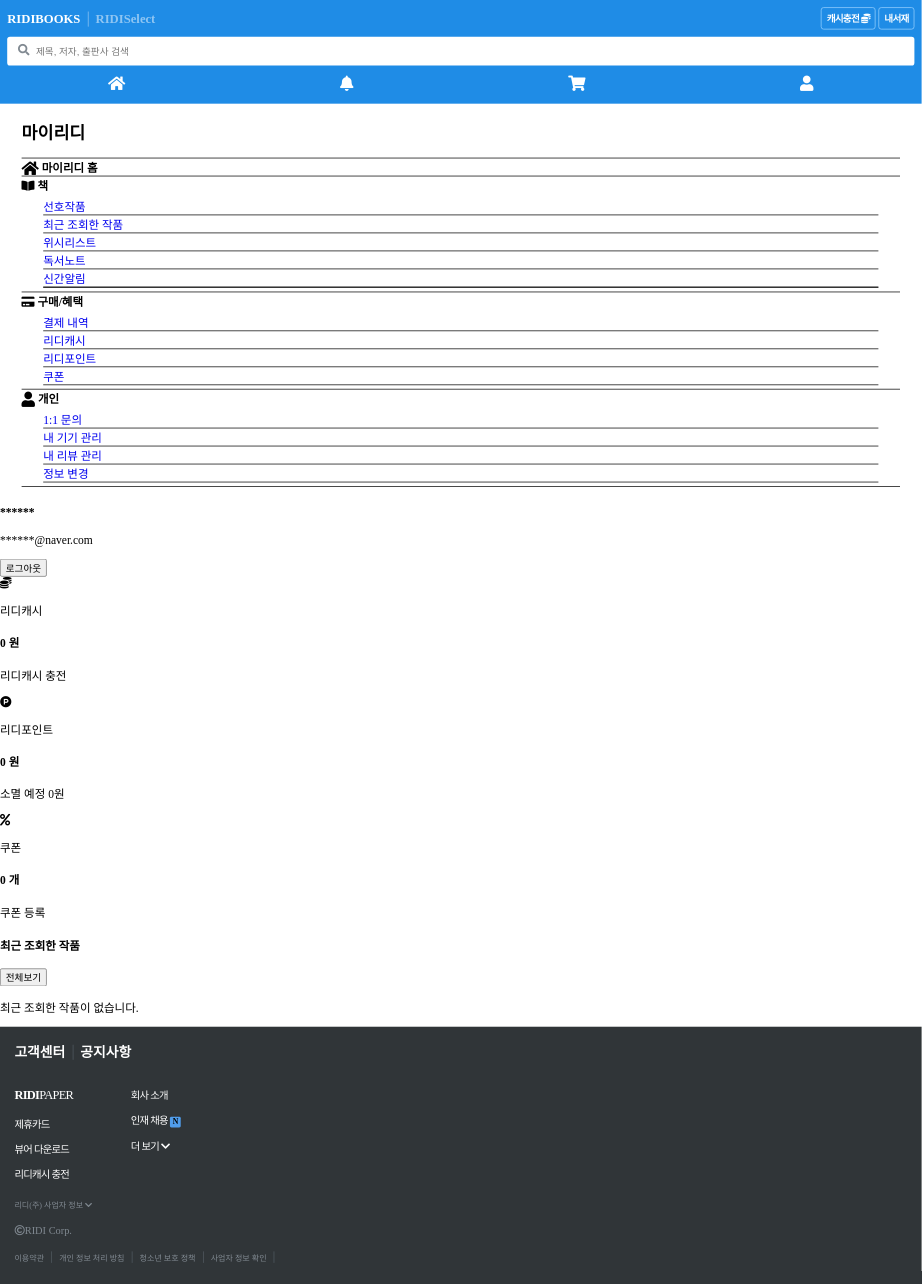
Repository: mega-teamproject/teamproject1
Page: html/myridi.html
An editor plug-in stored every save of this project. The page is shown before and after the next save, followed by the edit.
The browser window is 1280 px wide. The pictures show the whole page, at 72% of full size.

Above is the page before, as saved 2022-01-05 01:30:35.

### html/myridi.html
<!DOCTYPE html>
<html lang="ko">
  <head>
    <meta charset="UTF-8" />
    <meta http-equiv="X-UA-Compatible" content="IE=edge" />
    <meta name="viewport" content="width=device-width, initial-scale=1.0" />
    <title>마이리디</title>
    <link rel="stylesheet" href="../css/myridi.css" />
    <link
      rel="stylesheet"
      href="https://use.fontawesome.com/releases/v5.15.4/css/all.css"
      integrity="sha384-DyZ88mC6Up2uqS4h/KRgHuoeGwBcD4Ng9SiP4dIRy0EXTlnuz47vAwmeGwVChigm"
      crossorigin="anonymous"
    />
  </head>
  <body>
    <div class="container">
        <div class="header">
          <header>
            <div class="search">
              <a href="index.html"><h1>RIDIBOOKS</h1></a>
              <a href="https://select.ridibooks.com/home"><h1 id="opacity">RIDISelect</h1></a>
            </div>
            <div class="joinLogin">
              <button class="borderBtn btn" onclick="location.href='join1.html'">
                캐시충전
                <i class="fas fa-coins"></i>
              </button>
              <button class="borderBtn btn" onclick="location.href='login.html'">
                내서재
              </button>
            </div>
          </header>
          <div class="relative">
            <input type="text" placeholder="제목, 저자, 출판사 검색" />
            <span><i class="fas fa-search"></i> </span>
          </div>
          <nav>
            <ul>
              <li>
                <a href="index.html"><i class="fas fa-home fa-lg"></i></a>
              </li>
              <li>
                <a href="alarm.html"><i class="fas fa-bell fa-lg"></i></a>
              </li>
              <li>
                <a href="cart.html"><i class="fas fa-shopping-cart fa-lg"></i></a>
              </li>
              <li>
                <a href="myridi.html"><i class="fas fa-user fa-lg"></i></a>
              </li>
            </ul>
          </nav>
        </div>
        <div class="body">
          <div class="sidebar">
            <nav>

              <ul class="nav-title">
                <li><h2>마이리디</h2></li>
                <li>
                  <h4><i class="fas fa-home fa-lg"></i> 마이리디 홈</h4>
                </li>
                <li>
                  <h4><i class="fas fa-book-open"></i> 책</h4>
                  <ul class="nav-list">
                    <li><a href="#"> 선호작품</a></li>
                    <li><a href="#"> 최근 조회한 작품</a></li>
                    <li><a href="#"> 위시리스트</a></li>
                    <li><a href="#"> 독서노트</a></li>
                    <li><a href="#"> 신간알림</a></li>
                    <li></li>
                  </ul>
                </li>
                <li>
                  <h4><i class="fas fa-credit-card"></i> 구매/혜택</h4>
                  <ul class="nav-list">
                    <li><a href="#">결제 내역</a></li>
                    <li><a href="#">리디캐시</a></li>
                    <li><a href="#">리디포인트</a></li>
                    <li><a href="#">쿠폰</a></li>
                  </ul>
                </li>
                <li>
                  <h4><i class="fas fa-user fa-lg"></i> 개인</h4>
                  <ul class="nav-list">
                    <li><a href="#">1:1 문의</a></li>
                    <li><a href="#">내 기기 관리</a></li>
                    <li><a href="#">내 리뷰 관리</a></li>
                    <li><a href="#">정보 변경</a></li>
                  </ul>
                </li>
              </ul>
            </nav>
          </div>
          <div class="section">
            <section>
              <div class="my-ridi">
                <ul>
                  <li>
                    <h4>******</h4>
                    <p>******@naver.com</p>
                    <button>로그아웃</button>
                  </li>
                  <li>
                    <i class="fas fa-coins"></i>
                    <p>리디캐시</p>
                    <h4>0 <span> 원</span></h4>
                    <p>리디캐시 충전 </p>
                  </li>
                  <li>
                    <i class="fab fa-product-hunt"></i>
                    <p>리디포인트</p>
                    <h4>0 <span> 원</span></h4>
                    <p>소멸 예정 0원</p>
                  </li>
                  <li>
                    <i class="fas fa-percent"></i>
                    <p>쿠폰</p>
                    <h4>0 <span> 개</span></h4>
                    <p>쿠폰 등록 </p>
                  </li>
                </ul>
              </div>
                <div class="visited">
                  <div class="visited-header">
                    <h4>최근 조회한 작품</h4>
                    <button type="button">전체보기</button>
                  </div>
                  <div class="visited-contents">
                    <p>최근 조회한 작품이 없습니다.</p>
                  </div>
                </div>
            </section>
          </div>
        </div>

        <div class="footer">
            <footer>
              <div class="footer-menu1">
                <a href=""><span class="borderR">고객센터</span></a>
                <a href=""><span>공지사항</span></a>
              </div>
              <div class="footer-menu2">
                <div class="footer-wrapper1">
                  <a href="https://paper.ridibooks.com/"><p class="bigFont"><strong>RIDI</strong>PAPER</p></a>
                  <a href="#"><p>제휴카드</p></a>
                  <a href="#"><p>뷰어 다운로드</p></a>
                  <a href="https://ridibooks.com/order/checkout/cash"><p>리디캐시 충전</p></a>
                </div>
                <div class="footer-wrapper2">
                  <a href="https://www.ridicorp.com/"><p>회사 소개</p></a>
                  <a href="https://www.ridicorp.com/career/"><p>인재 채용 <span class="blue-bg">N</span></p></a>
                  <a href="#"><p>더 보기 <i class="fas fa-chevron-down"></i></p></a>
                  <a href="https://help.ridibooks.com/hc/ko/articles/360046896553"><p class="invisible">콘텐츠 제공문의</p></a>
                  <a href="https://cp.ridibooks.com/cp/login"><p class="invisible">CP 사이트</p></a>
                  <a href="mailto:biz@ridi.com"><p class="invisible">사업 제휴 문의</p></a>
                  <a href="https://help.ridibooks.com/hc/ko/articles/360058140713-RIDI-Biz-%ED%98%91%EC%97%85-%EB%AC%B8%EC%9D%98"><p class="invisible">리디셀렉트 B2B</p></a>
                </div>
              </div>
              <div class="footer-info fontColor">
                <a href="#"><p>리디(주) 사업자 정보 <i class="fas fa-chevron-down"></i></p></a>
                <p class="invisible">대표자 배기식 | 사업자 등록번호 120-87-27435</p>
                <p class="invisible">통신판매업 신고번호 제 2009-서울강남 35-02139호</p>
                <p class="invisible">이메일 help@ridi.com | 대표전화 1644-0331</p>
                <p class="invisible">주소 서울시 강남구 역삼동 702-28 어반벤치빌딩 10층(테헤란로 325)</p>
              </div>
              <div class="fontColor copyright"><i class="far fa-copyright"></i>RIDI Corp.</div>
              <div class="footer-terms fontColor">
                <a href="https://policy.ridi.com/legal/terms/"><p class="paddingL">이용약관</p></a>
                <a href="https://policy.ridi.com/legal/privacy/"><p>개인 정보 처리 방침</p></a>
                <a href="https://policy.ridi.com/legal/youth/"><p>청소년 보호 정책</p></a>
                <a href="https://ftc.go.kr/www/bizCommList.do?key=232"><p>사업자 정보 확인</p></a>
              </div>
            </footer>
          </div>
  </body>
</html>

### css/myridi.css
* {
  box-sizing: border-box;
  /* 마이리디홈 활성화 color #1f8ce6 */
  /* 책 color #40474d / rgb(102, 102, 102) */
  /* 선호작품 color #636c73 / #808991 */
  /* border-bottom 2px solid #f2f2f2 */
  /* logoutbtn:hover border #b3c2d1 / background #dfeef8 */
  /* logoutbtn border 2px solid #d6deeb / color #636c73 */
  /* 아이디 메일 로그아웃버튼 배경 #ebf6ff */
  /* 리디캐시 title color #000 */
  /* 0원 color #1f8ce6 */
  /* 리디캐시충전 color #636c73 */
  /* >> color #0077d9 */
  /* 밑에 0원 color #212529 */
  /* 최근조회작품 밑에 border 4px solid #f2f4f5 */
  /* 최근조회작품 color #636c73 */
}

body {
  margin: 0;
}

a {
  text-decoration: none;
}

ul {
  list-style: none;
  padding: 0;
}

.header {
  background-color: #1f8ce6;
}

header {
  display: flex;
  justify-content: space-between;
  align-items: center;
}

.search {
  display: flex;
  margin-left: 10px;
}

.search h1 {
  color: white;
  font-size: 1.1em;
  margin-right: 10px;
  margin-bottom: 0;
}

.search h1#opacity {
  opacity: 0.5;
  border-left: 1px solid;
  padding-left: 10px;
}

.joinLogin {
  margin-right: 10px;
  margin-top: 10px;
}

.joinLogin button.btn {
  border-radius: 4px;
  padding: 5px 7px;
  letter-spacing: -1px;
  font-weight: bold;
  cursor: pointer;
}

.joinLogin button.borderBtn {
  background-color: transparent;
  color: white;
  border: 1px solid #99d1ff;
}

.relative input {
  width: 100%;
  height: 40px;
  margin-top: 10px;
  border-radius: 4px;
  border: none;
  padding-left: 40px;
}
.relative input:focus {
  outline: none;
}

.relative {
  position: relative;
  margin: 0 10px;
}

.relative span {
  color: #808991;
  position: absolute;
  top: 20px;
  left: 15px;
}

.header nav {
  padding: 1px;
}

.header nav ul {
  padding-left: 0;
  display: flex;
  justify-content: space-around;
}

.header ul li {
  list-style: none;
}

.header ul li a {
  text-decoration: none;
  color: white;
}

.sidebar nav ul {
  list-style: none;
  padding: 5px 30px;
}

.sidebar nav ul h2 {
  padding: 0;
  margin-top: 0;
}

.sidebar nav ul h4 {
  padding: 0;
  margin: 0;
}

.sidebar nav ul.nav-title li {
  border-bottom: 1px solid black;
}

.footer {
  background: #303538;
  color: white;
}

footer a {
  text-decoration: none;
  color: white;
}

footer p.invisible {
  display: none;
}

footer .footer-menu1 {
  display: flex;
  justify-content: left;
  padding: 20px 10px;
  padding-bottom: 0;
}

footer .footer-menu1 a {
  margin: 0 10px;
  font-size: 1.2em;
  font-weight: bold;
}

footer .footer-menu1 a:first-child {
  margin-right: 0;
}

footer .footer-menu1 a span.borderR {
  border-right: 1px solid #525a61;
  padding-right: 10px;
}

footer .footer-menu2 {
  display: flex;
  padding: 20px;
  font-size: 0.9em;
  letter-spacing: -1px;
  padding-bottom: 0;
}

footer .footer-menu2 .footer-wrapper1 {
  margin-right: 40px;
}

footer .footer-menu2 .footer-wrapper1 p.bigFont {
  font-size: 1.2em;
}

footer .footer-menu2 .footer-wrapper2 {
  margin-left: 40px;
}

footer .footer-menu2 .footer-wrapper2 span.blue-bg {
  background-color: #509deb;
  border-radius: 2px;
  display: inline-block;
  width: 15px;
  height: 15px;
  text-align: center;
  color: black;
  font-weight: bold;
  font-size: 0.75em;
}

footer .fontColor {
  color: #808991;
  padding: 10px;
  padding-left: 20px;
}

footer .copyright {
  font-size: 0.9em;
}

footer .fontColor p {
  color: #808991;
  font-size: 0.7em;
  margin: 0;
}

footer .footer-terms {
  display: flex;
  padding-bottom: 30px;
}

footer .footer-terms a p {
  border-right: 1px solid #525a61;
  padding: 0 10px;
}

footer .footer-terms a p.paddingL {
  padding-left: 0;
}

After the next save:
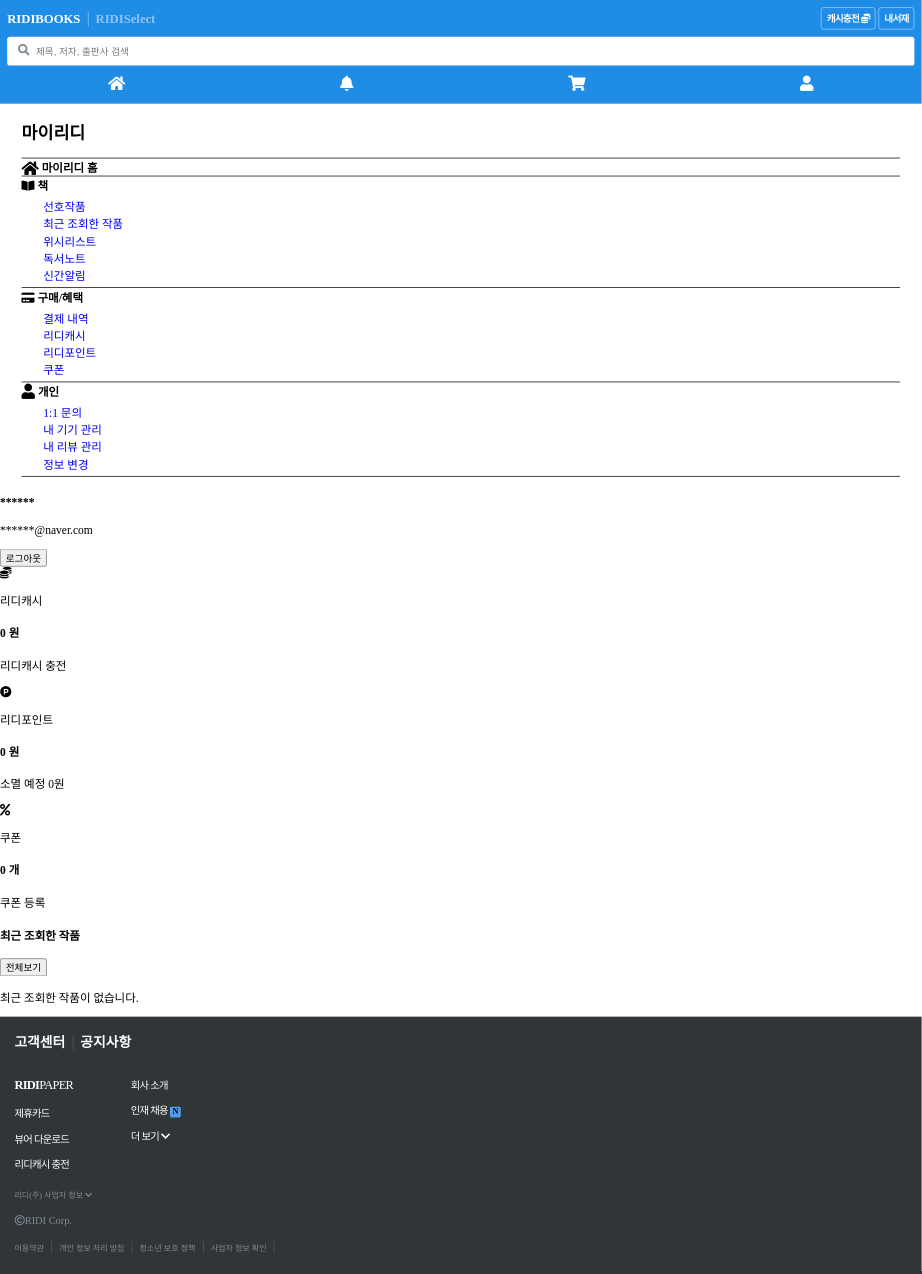
Saved 24 s later.
--- a/css/myridi.css
+++ b/css/myridi.css
@@ -138,6 +138,10 @@
   border-bottom: 1px solid black;
 }
 
+.sidebar nav ul.nav-list li {
+  border-bottom: none;
+}
+
 .footer {
   background: #303538;
   color: white;
